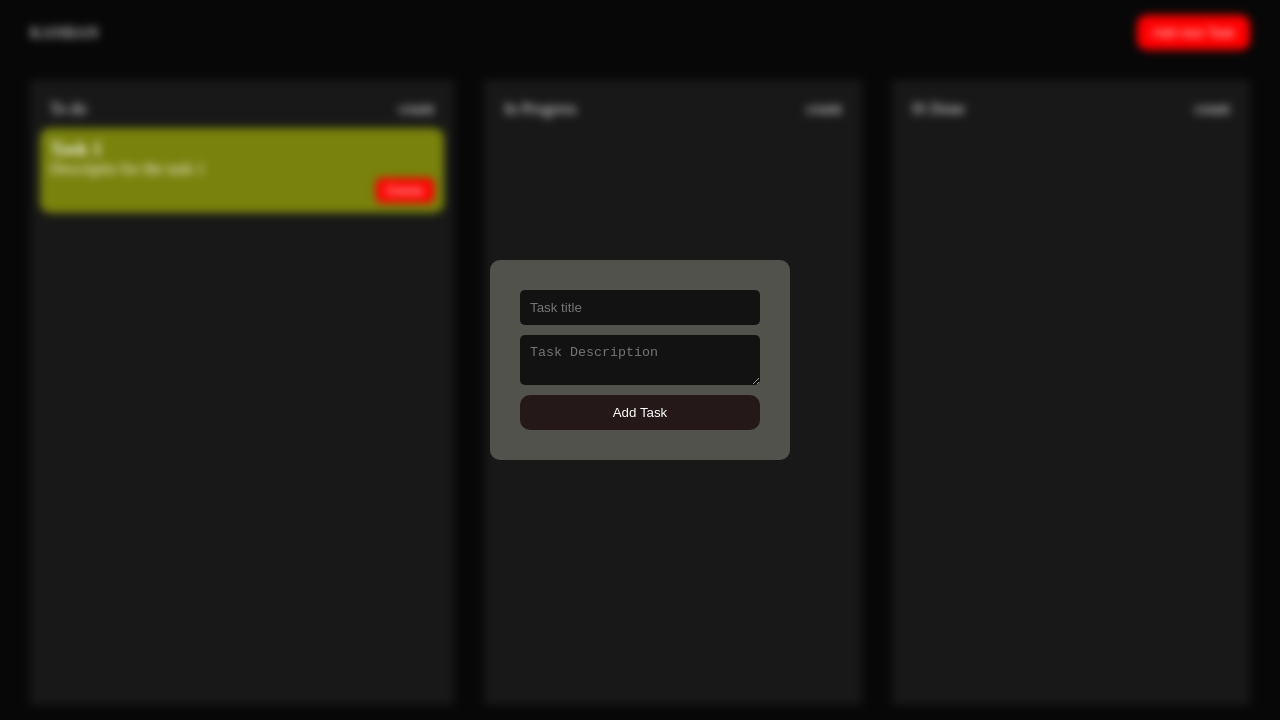
Repository: Sandeepji-5/Kanban-board
Page: index.html
These files come from the project's save history. The page is drawn as it stood at one moment and after the next save; the edit follows.
The browser window is 1280 px wide. The pictures show the whole page.

Above is the page before, as saved 2025-12-09 15:33:55.

### index.html
<!DOCTYPE html>
<html lang="en">
<head>
    <meta charset="UTF-8">
    <meta name="viewport" content="width=device-width, initial-scale=1.0">
    <title>Document</title>
    <link rel="stylesheet" href="style.css">
</head>
<body>
    <main>
        <nav>
            <div class="left">KANBAN</div>
            <div class="right"><button id="toggle-modal">Add new Task</button></div>
        </nav>
        <section class="board">
            <div   id="todo" class="task-column">
                <div class="heading">
                    <div class="left">To do </div>
                      <div class="right">count</div>
                </div>
                <div draggable="true" class="task">
                    <h3>Task 1</h3>
                    <p>Descriptio for the task 1 </p>
                    <button>Delete</button>
                </div>
            </div>
            <div id="progress" class="task-column">
                <div class="heading">
                    <div class="left">In Progress</div>
                    <div class="right">count</div>
                </div>

            </div>
            <div  id="done"   class="task-column">
                <div class="heading">
                    <div class="left">IS Done </div>
                    <div class="right"> count</div>
                </div>

            </div>
        </section>


    </main>

    <div class="modal add-new-task">
        <div class="bg">


        <div class="center">
        <input type="text" placeholder="Task title"/>
        <textarea placeholder="Task Description"></textarea>
        <button id="add-new-task" class="add-task-btn"> Add Task</button>
        </div>
        </div>
    </div>



    <script src="kanban.js"></script>
</body>
</html>

### style.css
* {
    margin: 0;
    padding: 0;

    box-sizing: border-box;
}

html,
body {
    width: 100%;
    height: 100%;

}

:root {
    --bg-color: #0000000;
    --bg-button-color: rgb(24, 24, 24);
    --primary-text-color: #f4f4f4;
    --bg-task-color:rgb(19, 18, 18);
    --bg-delete-color:red;



    /* padding 1 rem 2 rem */
    --nav-padding: 15px 30px;
    --section-padding: 15px 30px;
    --padding-s: 5px;
    --padding-m: 10px;
    --padding-l: 15px;
    --padding-xl: 20px;
    --padding-xxl: 30px;


    /* border radius variable  */



    --border-radius-s:5px;
    --border-radius-m:10px;
    --border-radius-l:15px;
    --border-radius-xl:20px;
    --border-radius-xxl:30px;


}

body {
    background-color: rgb(7, 7, 7);
    color: white;
}
main{
    display: flex;
    height: 100%;
    width: 100%;
    flex-direction: column;


}

nav{
    padding: var(--nav-padding);
    display: flex;
    align-items: center;
    justify-content: space-between;

}
nav button{
    background-color: red;
    color: white;
    border: none;
    outline: none;
    padding: var(  --padding-m) var(  --padding-l);
    cursor: pointer;
    border-radius:var(--border-radius-m) ;

}


section{
    padding:var(--section-padding);
    /* height: 100%; */
    display: flex;
    flex-grow: 1;
    justify-content: space-between;

    gap: var(--padding-xxl);

}
section .task-column{
    padding: var(--padding-m);
    background-color: var(--bg-button-color);
    flex-grow: 1  ;
    padding: var(--padding-m)  ;
    display: flex;
    flex-direction: column;
    transition: all 0.7s cubic-bezier(0.19, 1, 0.22, 1);




}
section .task-column.hover-over {
     border: 2px dashed rgb(247, 246, 246);
    transform: scale(1.05);
}
section .task-column .heading{
    display: flex;
    justify-content: space-between ;
    padding: var(--padding-m);
}


section .task-column  .task{

    display: flex;
    flex-direction: column;
    padding: var(--padding-m);
    border-radius: var(--border-radius-m);
    /* background-color: var(--bg-task-color); */
     background-color:rgba(150, 163, 8, 0.763);


}

section .task-column .task button{
    align-self: flex-end;
    cursor: pointer;
    padding: var(--padding-s) var(--padding-m);
    border-radius: var(--border-radius-s);
    border: none;
    outline: none;
    background-color: var(--bg-delete-color);
    color: var(--primary-text-color)  ;
}

.modal{

    position: fixed;
    top: 0;
    left: 0;
    height: 100vh;
    width: 100vw;
    display: flex;
    align-items: center;
    justify-content: center;


}

.modal .bg{
    position: absolute;

    height: 100%;
    width: 100%;

    display: flex;
    align-items: center;
    justify-content: center;
    backdrop-filter: blur(4px );
}

.modal .center{
    background-color: rgb(81, 82, 76);
    padding: var(--padding-xxl);
    border-radius: var(--border-radius-m);
    display: flex;
    flex-direction: column;
    gap: var(--padding-m);
    height: 200px;
    width: 300px;

}

.modal .center input,.modal .center textarea, .modal .center select {
    background-color: var(--bg-task-color);
    padding: var(--padding-m);
    border-radius: var(--border-radius-s);
    border: none;
    outline: none;
    color: var(--primary-text-color);

}

.modal .center button{
    background-color: rgb(36, 24, 24);
    color: white;
    border: none;
    outline: none;
    padding: var(  --padding-m) var(  --padding-l);
    cursor: pointer;
    border-radius:var(--border-radius-m) ;

}

### kanban.js
const todo = document.querySelector('#todo');
const progress = document.querySelector('#progress')
const done = document.querySelector('#done');
const tasks = document.querySelectorAll('.task');
let draggedElement = null;

tasks.forEach(task => {
    task.addEventListener("drag", () => {

        draggedElement = task;
    })
})

// progress.addEventListener('dragenter',(e)=>{
//     progress.classList.add('hover-over');
// })


// progress.addEventListener('dragleave', (e)=>{
//     progress.classList.remove('hover-over');
// })


function addDragEventsOnColumn(column) {

    column.addEventListener('dragenter', (e) => {
        e.preventDefault();
        column.classList.add('hover-over');
    });

    column.addEventListener('dragleave', (e) => {
        e.preventDefault();
        column.classList.remove('hover-over');
    })

    column.addEventListener("dragover", (e) => {
        e.preventDefault();
    })

    column.addEventListener('drop', (e) => {

        column.appendChild(draggedElement)
        console.log("draggedElement", draggedElement, column);
        column.classList.remove('hover-over')
         e.preventDefault();
    })

}

addDragEventsOnColumn(todo);
addDragEventsOnColumn(progress)
addDragEventsOnColumn(done)






// const toggleModal = document.querySelector('#toggle-modal');
// const modal = document.querySelector('.modal')
// const addTaskbtn = document.querySelector('.add-task-btn')



// toggleModal.addEventListener('click',()=>{
// modal.classList.add('active');
// })

// addTaskbtn.addEventListener('click', ()=>{
//     modal.classList.remove('active');
// })

After the next save:
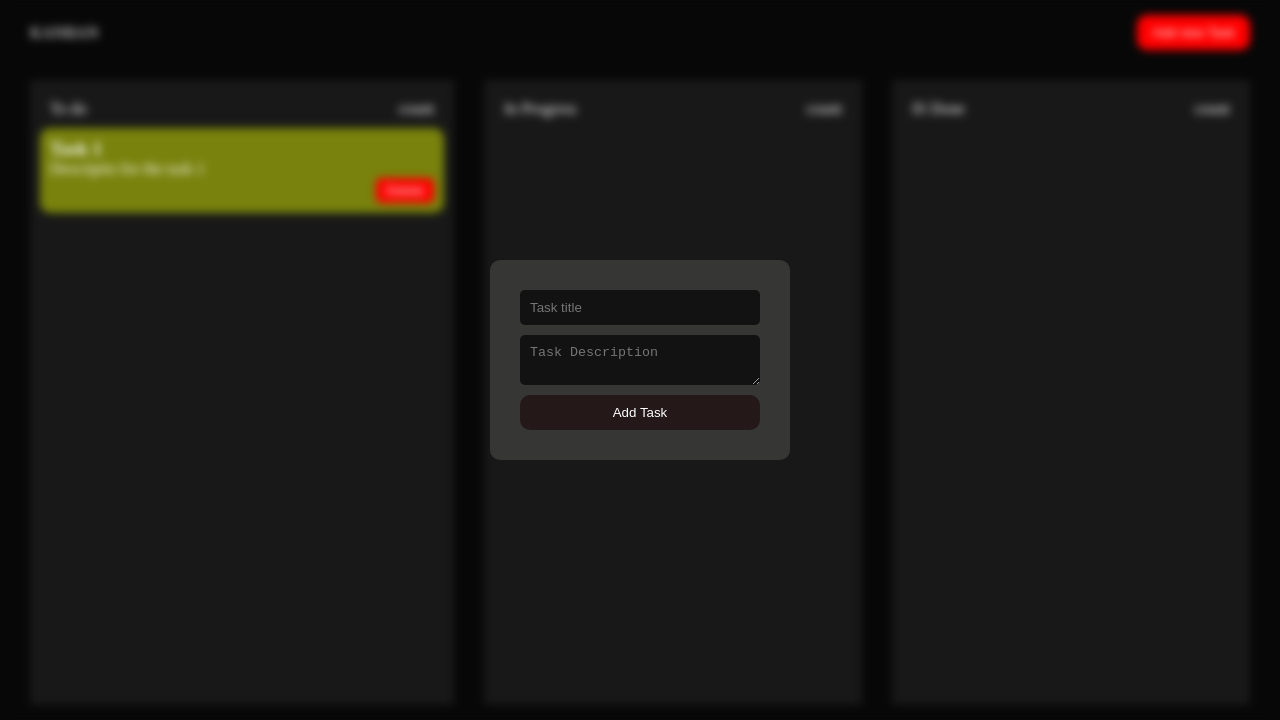
Saved 14 s later.
--- a/style.css
+++ b/style.css
@@ -160,7 +160,7 @@ section .task-column .task button{
 }
 
 .modal .center{
-    background-color: rgb(81, 82, 76);
+    background-color: rgb(54, 54, 53);
     padding: var(--padding-xxl);
     border-radius: var(--border-radius-m);
     display: flex;
